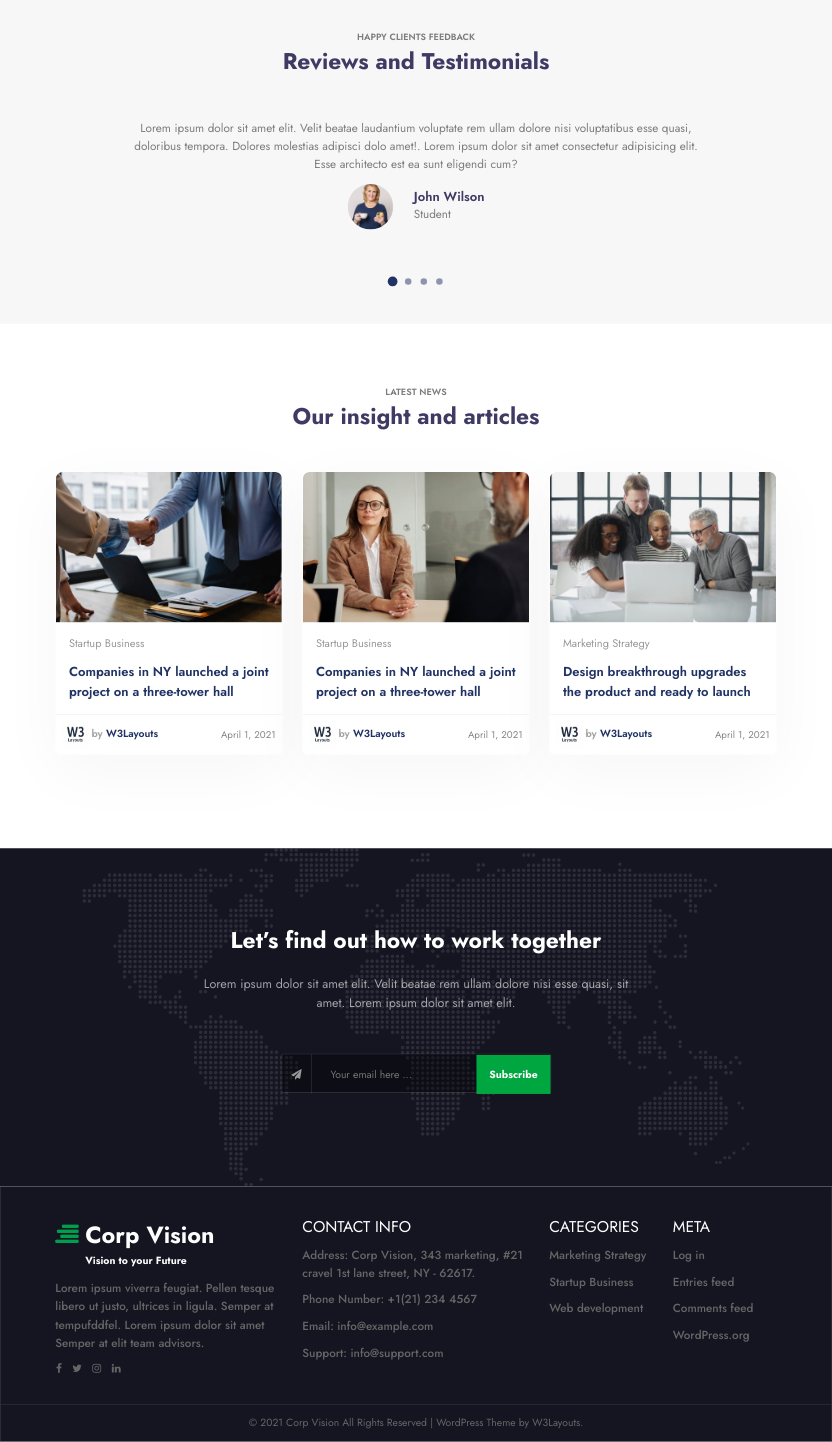
Repository: khaipnp/corpvision
Page: index.html
An editor plug-in stored every save of this project. The page is shown before and after the next save, followed by the edit.
The browser window is 1280 px wide. The pictures show the whole page, at 65% of full size.

Above is the page before, as saved 2021-07-04 17:06:34.

After the next save:
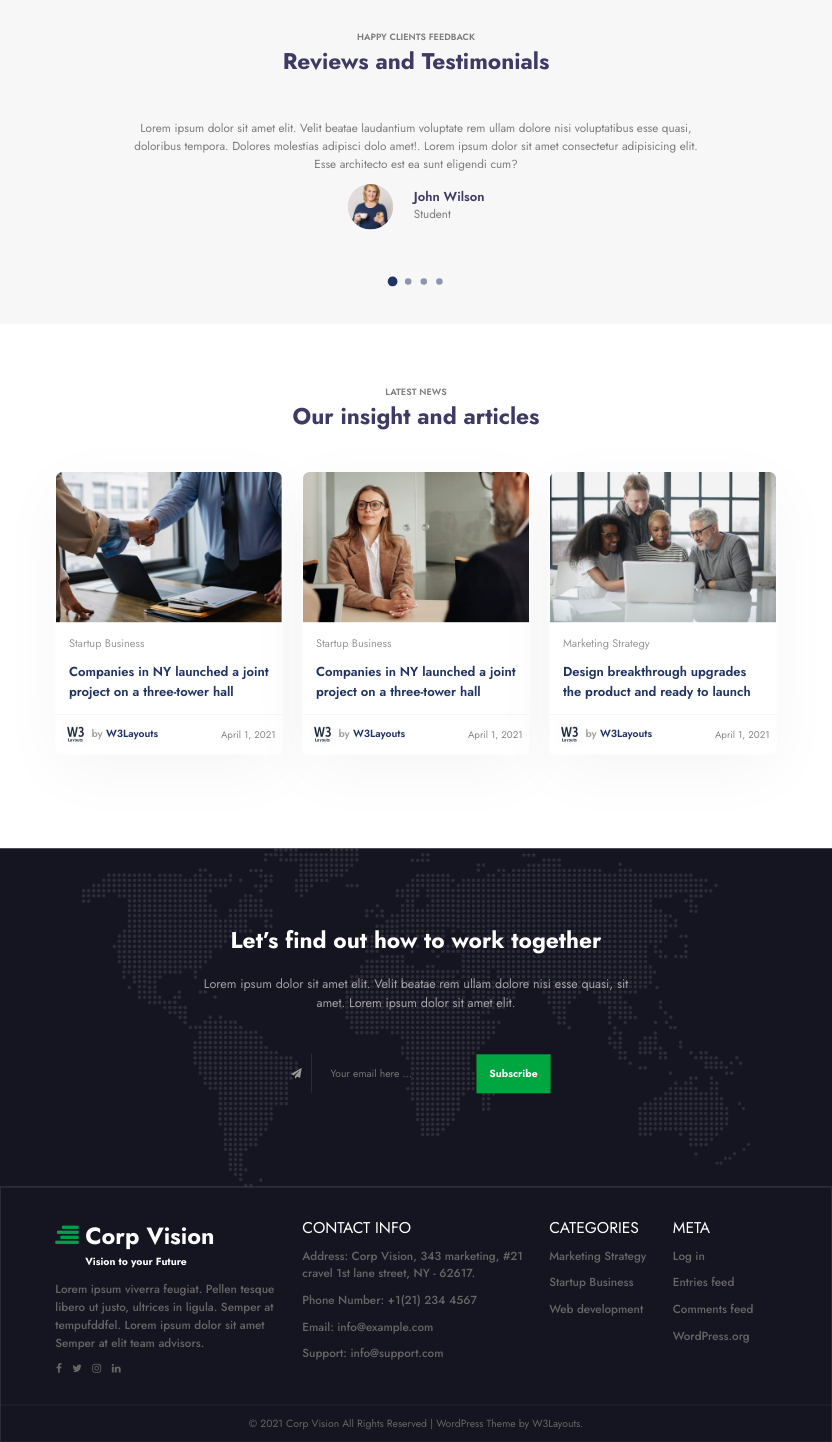
Saved 61 s later.
--- a/index.html
+++ b/index.html
@@ -221,11 +221,11 @@
           <h3 class="big-title py-4 col-12 text-center">Let’s find out how to work together<h3>
           <p class="col-12 text-center">Lorem ipsum dolor sit amet elit. Velit beatae rem ullam dolore nisi esse quasi, sit amet. Lorem ipsum dolor sit amet elit.</p>
           <div class="input__email justify-content-center py-5">
-            <form>
+            <div>
               <i class="fa fa-paper-plane"></i>
               <input type="email" placeholder="Your email here ...">
               <button>Subscribe</button>
-            </form>
+            </div>
           </div>
         </div>
       </div>
